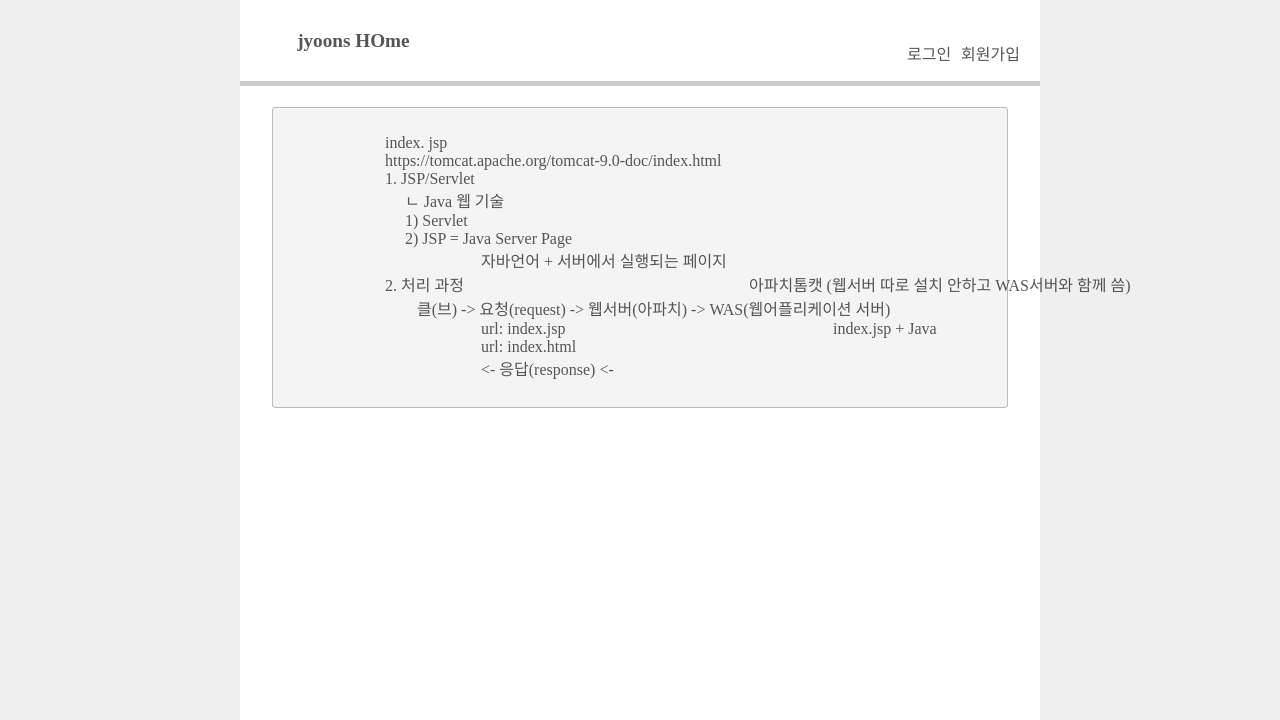
Repository: jyoons00/JSP-sample
Page: http://localhost/jspPro/index.jsp
These files come from the project's save history. The page is drawn as it stood at one moment and after the next save; the edit follows.
The browser window is 1280 px wide. The pictures show the whole page.
Some web fonts or font styles are not loaded; a fallback is used. The page is served by Tomcat 9.

Above is the page before, as saved 2024-10-15 01:40:58.

After the next save:
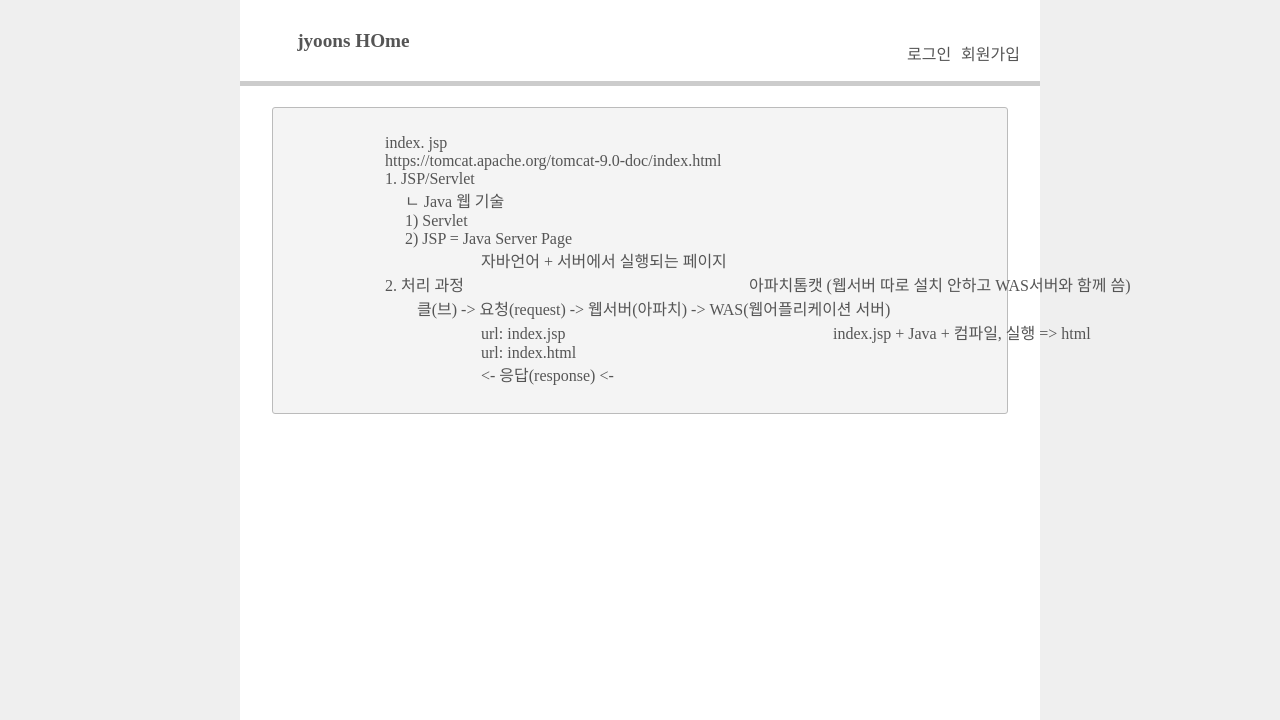
Saved 12 s later.
--- a/jspPro/src/main/webapp/index.jsp
+++ b/jspPro/src/main/webapp/index.jsp
@@ -43,7 +43,7 @@
    			     			자바언어 + 서버에서 실행되는 페이지
    			2. 처리 과정									   아파치톰캣 (웹서버 따로 설치 안하고 WAS서버와 함께 씀)
    				클(브) -> 요청(request) -> 웹서버(아파치) -> WAS(웹어플리케이션 서버)
-   						url: index.jsp									index.jsp + Java
+   						url: index.jsp									index.jsp + Java + 컴파일, 실행 => html
    						url: index.html
    						<- 응답(response) <-
   	  </xmp>
